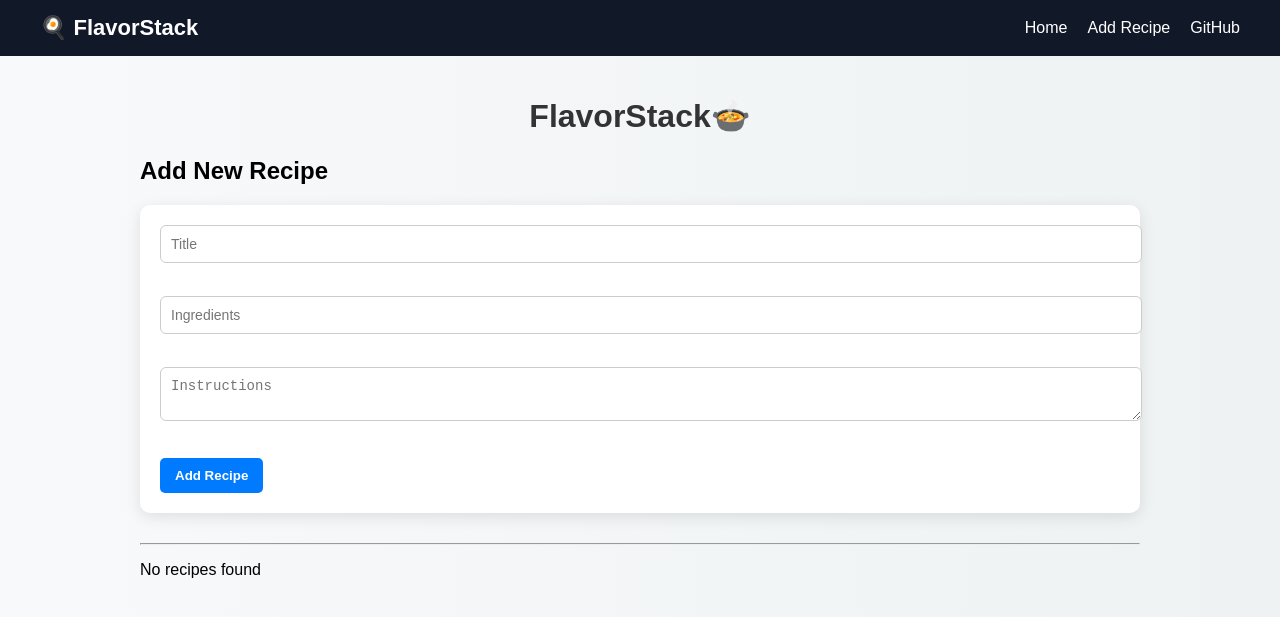
Repository: arshathdevo/recipeblogfrontend
Page: /
The author's editor kept a copy of each file at every save. The page is drawn from the files as they stood at one save, then again after the next save.
The browser window is 1280 px wide. The pictures show the whole page.
The page's requests for data from a server got no answer. The project was rebuilt for these pictures with package versions that can differ from the ones it lists, and the page was loaded fresh each time. No one was signed in, and anything a server would have sent is missing.

Above is the page before, as saved 2026-02-14 12:08:25.

After the next save:
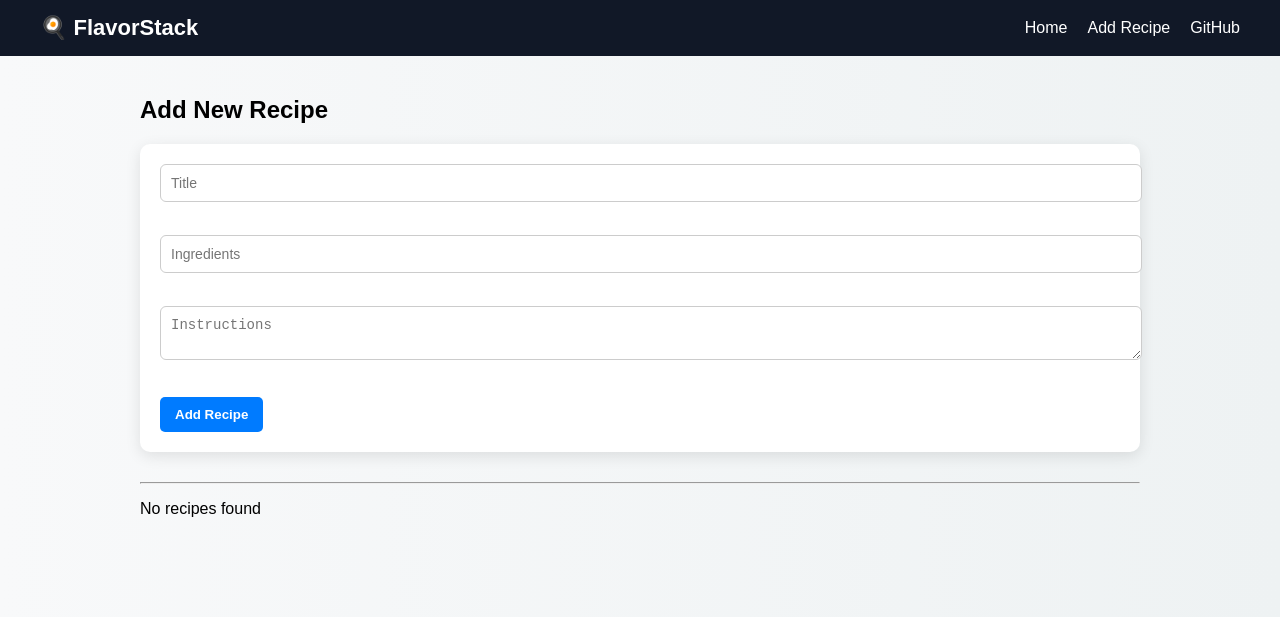
Saved 112 s later.
--- a/src/App.js
+++ b/src/App.js
@@ -192,7 +192,7 @@ const handleEdit = (recipe) => {
 
 
     <div className="container">
-      <h1>FlavorStack🍲</h1>
+
 
       {/* ✅ FORM SHOULD BE OUTSIDE MAP */}
       <h2>Add New Recipe</h2>
